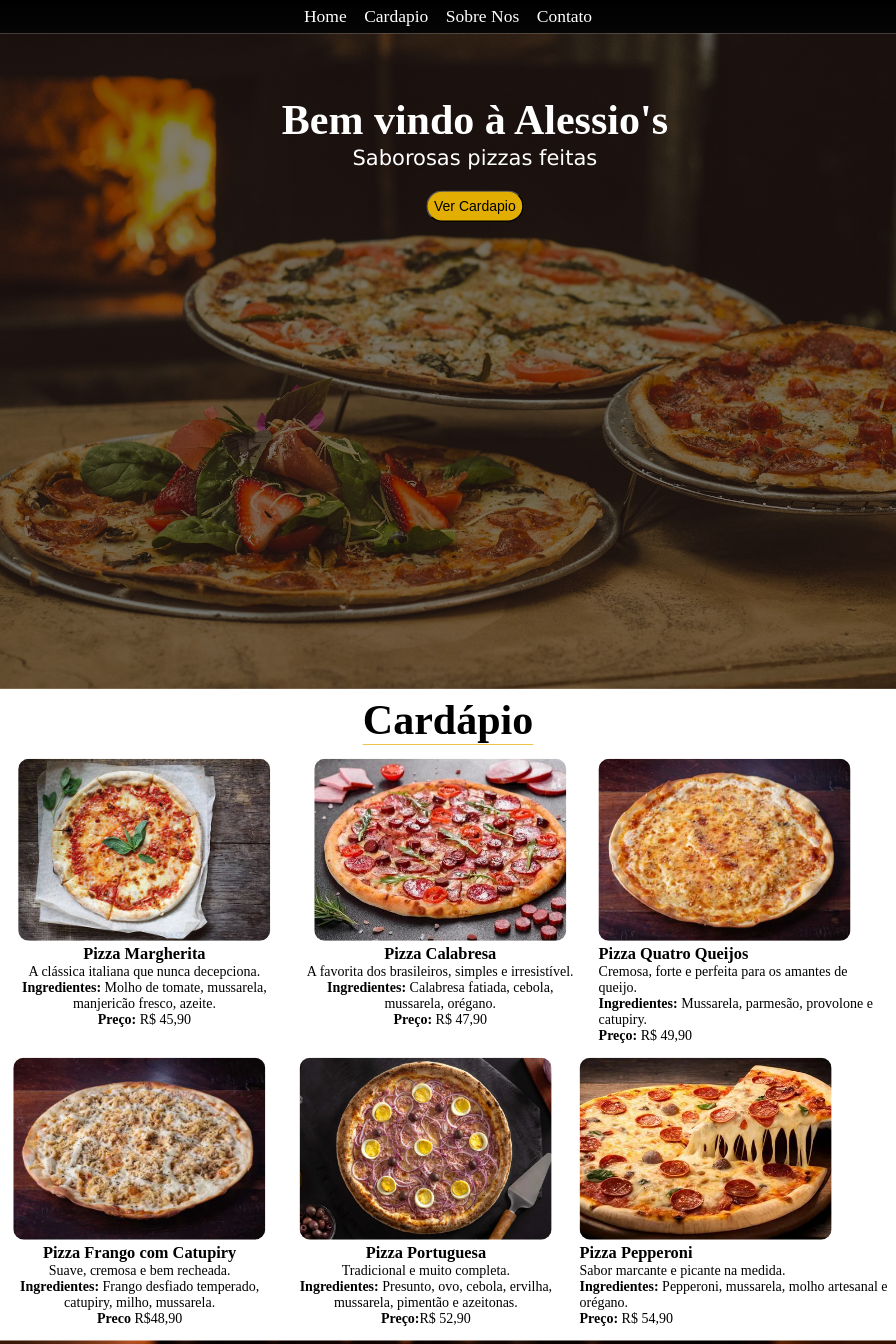
Repository: Mateushlp/landing-page-pizza
Page: index.html
The author's editor kept a copy of each file at every save. The page is drawn from the files as they stood at one save, then again after the next save.
The browser window is 1280 px wide. The pictures show the part of the page from y = 0 to 1920 px (the page is 2788 px tall), at 70% of full size.

Above is the page before, as saved 2026-05-03 10:42:33.

After the next save:
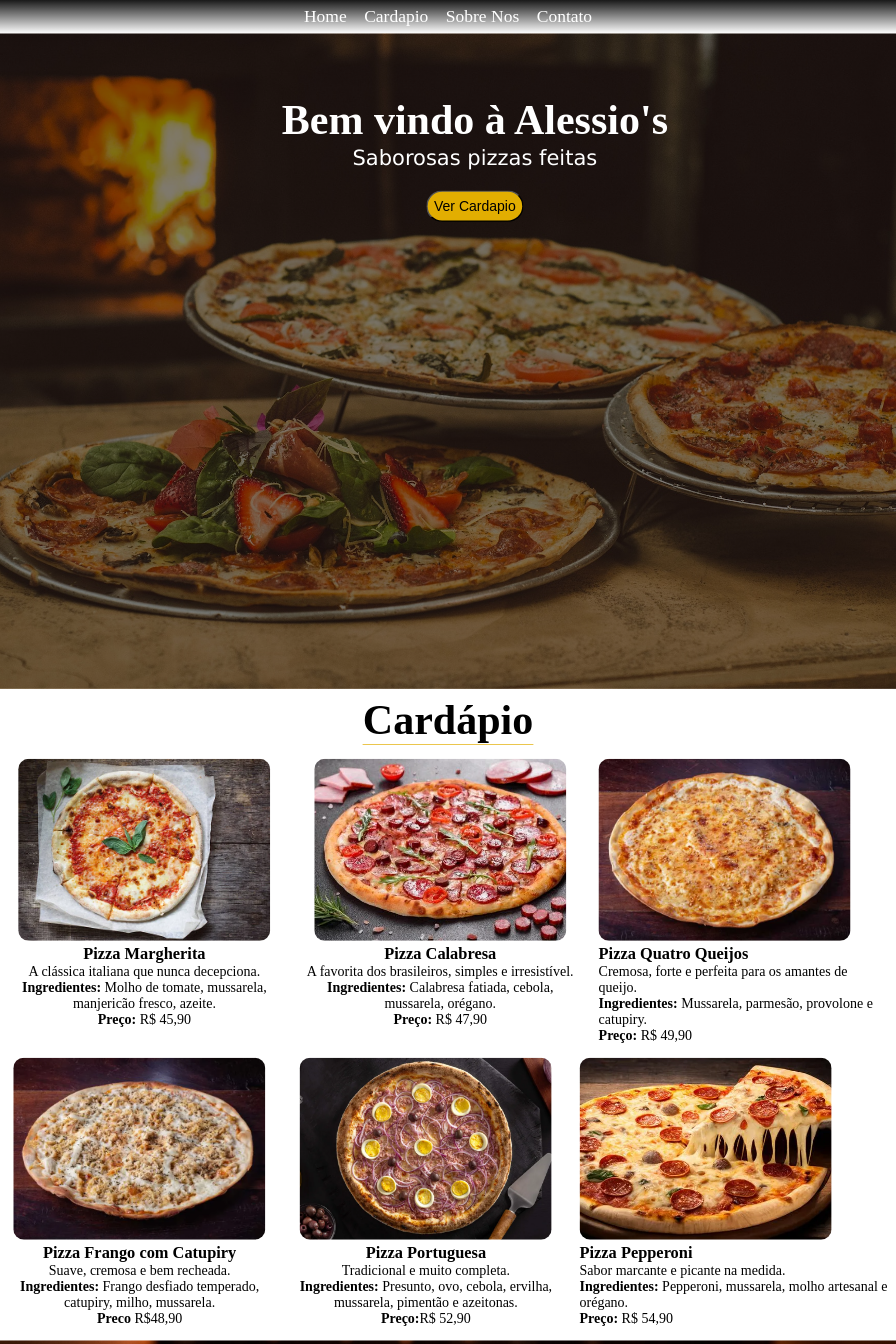
Saved 15 min 20 s later.
--- a/style.css
+++ b/style.css
@@ -11,7 +11,9 @@ nav ul {
     justify-content: center;
     font-size: 25px;
     padding: 10px;
-     background: linear-gradient(to bottom, rgb(00, 0, 0), rgba(0,0,0,0.98));
+      background: linear-gradient(to bottom, rgba(0,0,0,0.9), rgba(0,0,0,0));
+    position: relative;
+    z-index: 10; /* garante que o menu fique acima da imagem */
 }
 
 nav ul a{
